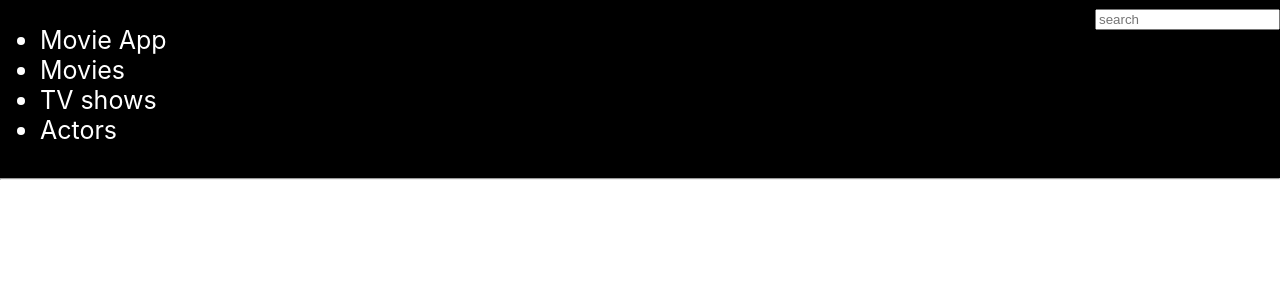
Repository: manahiang/MovieMana
Page: / (app in src/)
The author's editor kept a copy of each file at every save. The page is drawn from the files as they stood at one save, then again after the next save.
The browser window is 1280 px wide. The pictures show the whole page.
The project was rebuilt for these pictures with package versions that can differ from the ones it lists, and the page was loaded fresh each time. Also part of the build but not shown: src/src/App.css.

Above is the page before, as saved 2022-11-14 10:41:11.

After the next save:
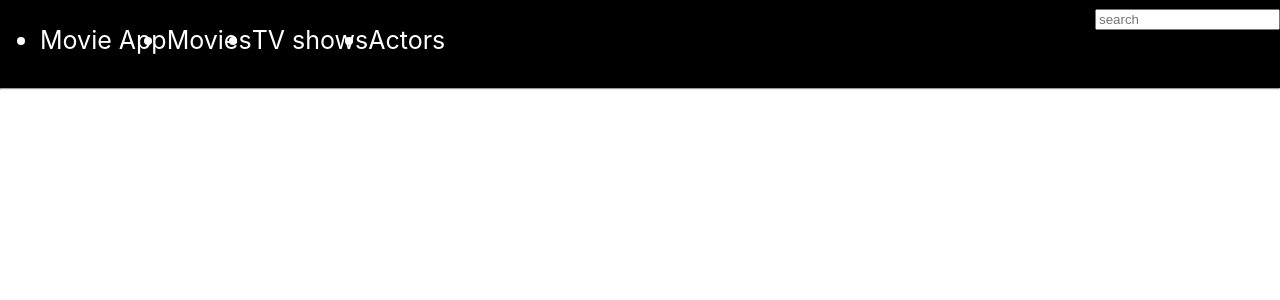
Saved 17 s later.
--- a/src/src/index.css
+++ b/src/src/index.css
@@ -17,7 +17,7 @@
   justify-content: space-between;
   font-size: 25px;
 }
-.menu{
+.menu ul{
   display: flex;
   align-items: center;
   justify-content: center;

After the save that followed:
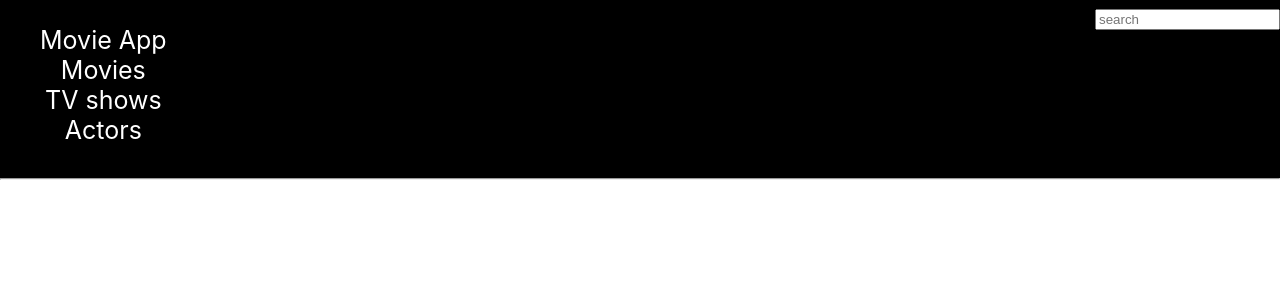
Saved 6 s later.
--- a/src/src/index.css
+++ b/src/src/index.css
@@ -17,7 +17,7 @@
   justify-content: space-between;
   font-size: 25px;
 }
-.menu ul{
+.menu ul li{
   display: flex;
   align-items: center;
   justify-content: center;
